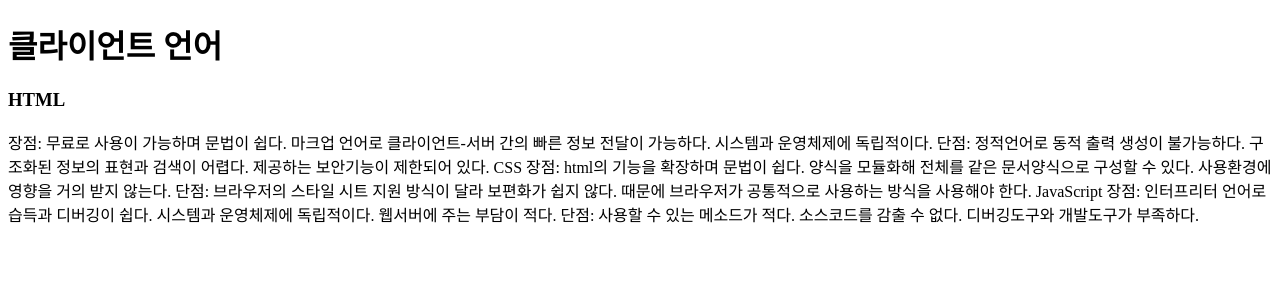
Repository: sinsujung/client
Page: ClientTest/src/main/webapp/문제/ex04.html
An editor plug-in stored every save of this project. The page is shown before and after the next save, followed by the edit.
The browser window is 1280 px wide. The pictures show the whole page.

Above is the page before, as saved 2023-09-20 03:26:49.

After the next save:
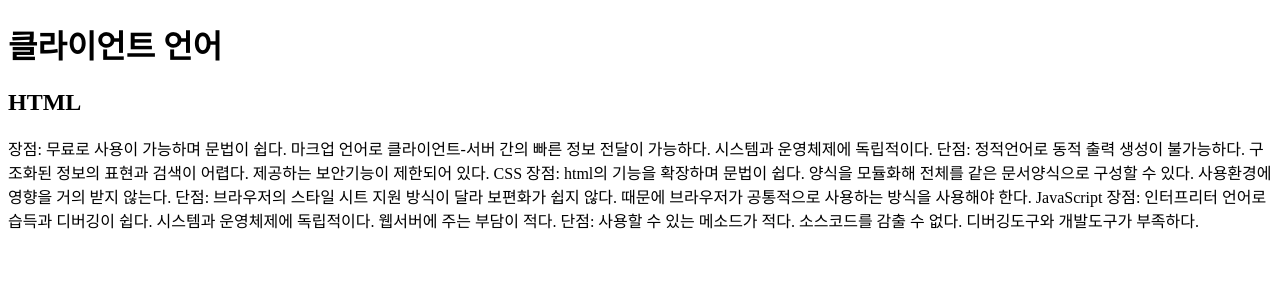
Saved 24 s later.
--- a/ClientTest/src/main/webapp/문제/ex04.html
+++ b/ClientTest/src/main/webapp/문제/ex04.html
@@ -7,9 +7,9 @@
 <body>
 <h1>클라이언트 언어</h1>
 
-<h3>HTML</h3>
+<h2>HTML</h2>
 
-장점: 무료로 사용이 가능하며 문법이 쉽다. 마크업 언어로 클라이언트-서버 간의 빠른 정보 전달이 가능하다. 시스템과 운영체제에 독립적이다.
+<p>장점: 무료로 사용이 가능하며 문법이 쉽다. 마크업 언어로 클라이언트-서버 간의 빠른 정보 전달이 가능하다. 시스템과 운영체제에 독립적이다.
 
 단점: 정적언어로 동적 출력 생성이 불가능하다. 구조화된 정보의 표현과 검색이 어렵다. 제공하는 보안기능이 제한되어 있다.
 
